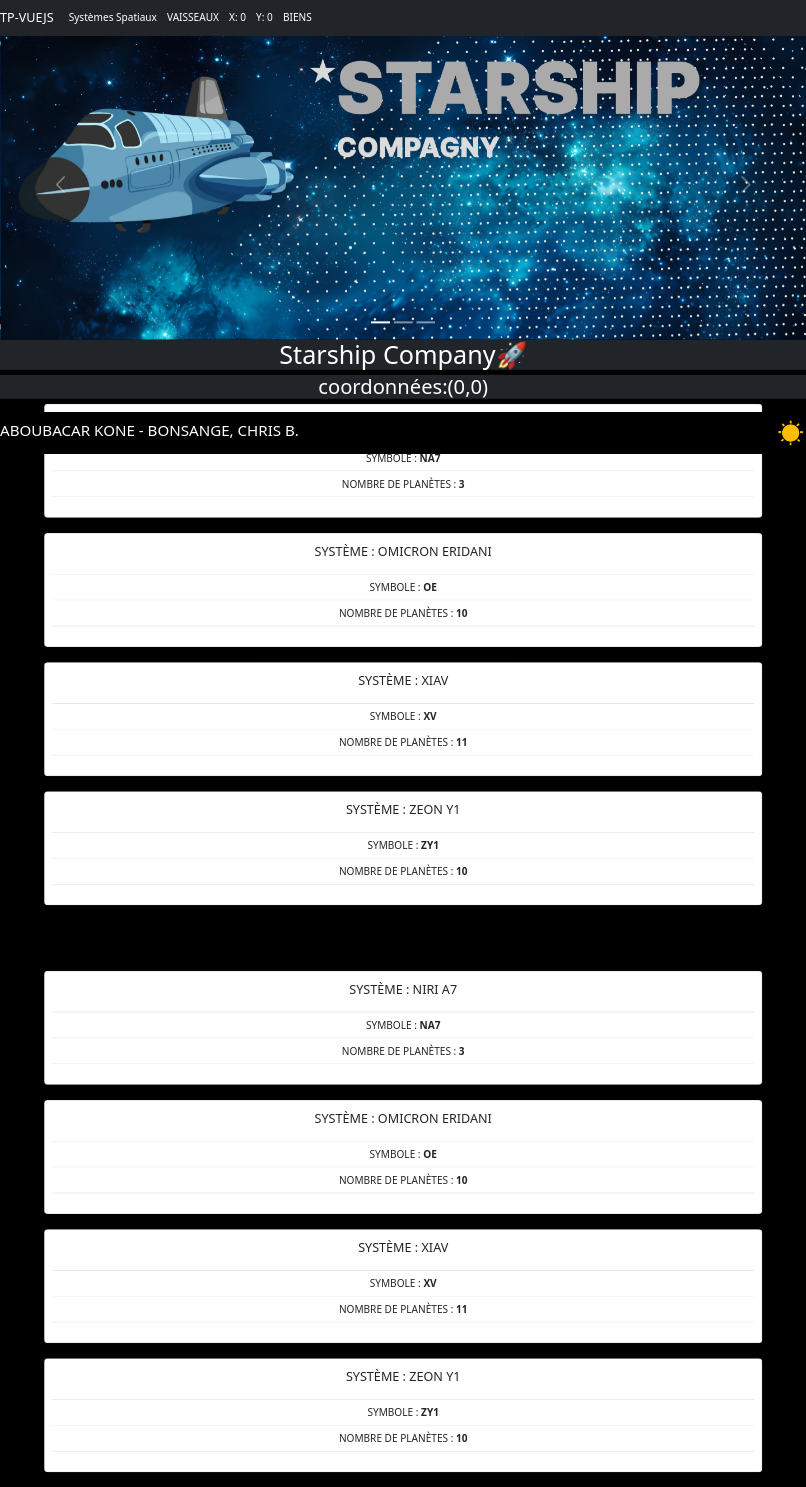
Repository: zeuss32/tp2-vueJs-repo
Page: /systemes (app in vite-project/)
The author's editor kept a copy of each file at every save. The page is drawn from the files as they stood at one save, then again after the next save.
The browser window is 1280 px wide. The pictures show the whole page, at 63% of full size.
The project was rebuilt for these pictures with package versions that can differ from the ones it lists, and the page was loaded fresh each time. Also part of the build but not shown: vite-project/vite.config.js, vite-project/src/components/SousSections/detailsVaisseaux.vue, vite-project/src/components/SousSections/vaisseaux.vue, vite-project/src/components/SousSections/biens.vue, vite-project/src/components/CorpsDePage.vue.

Above is the page before, as saved 2025-09-30 22:37:28.

After the next save:
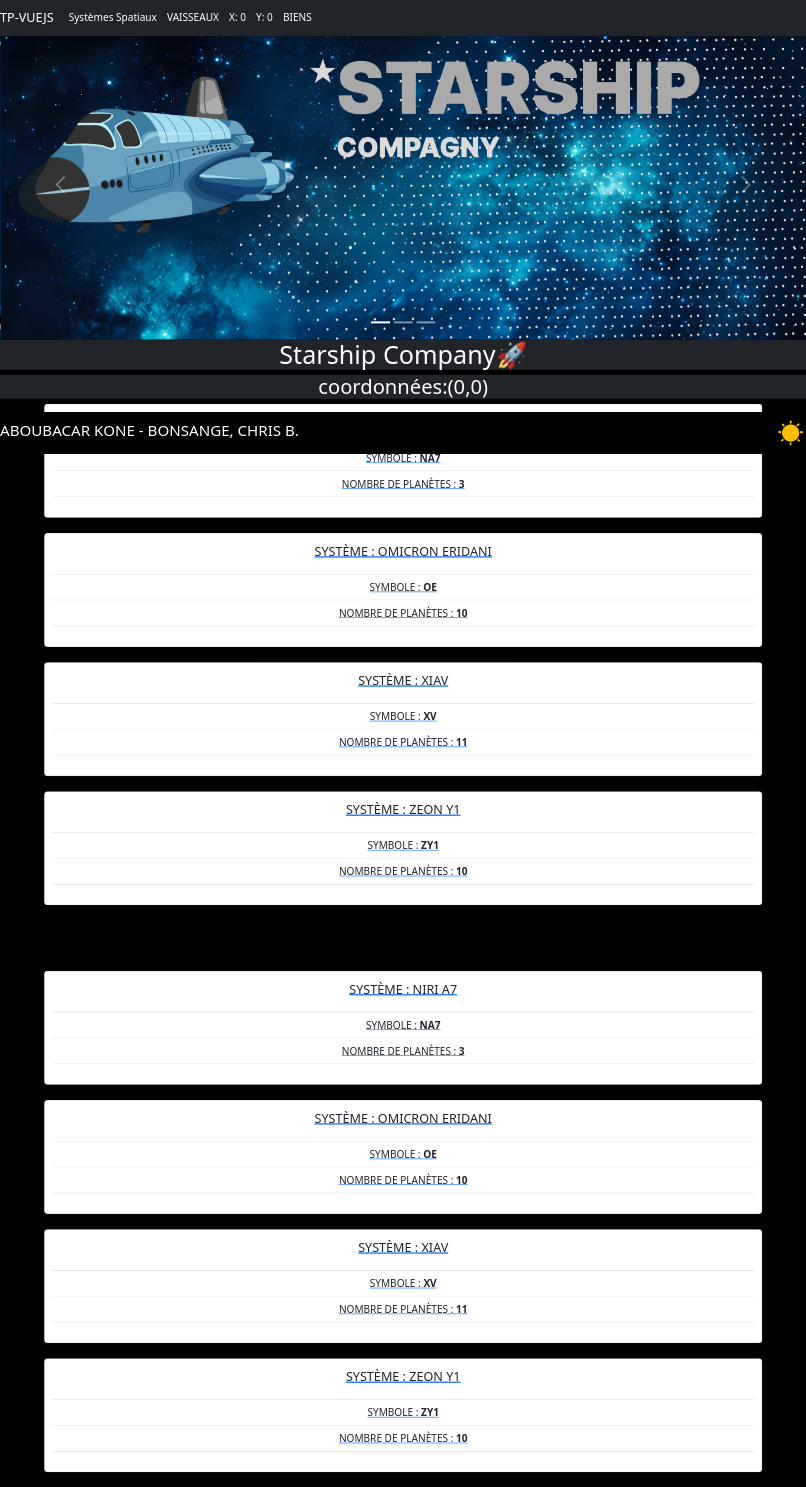
Saved 3 min 32 s later.
--- a/vite-project/src/components/SousSections/systemes.vue
+++ b/vite-project/src/components/SousSections/systemes.vue
@@ -1,70 +1,69 @@
 <template>
+	<div class="container">
+		<RouterLink>
+			<div class="row" v-for="sys in sysJson.systems" :key="sys.symbol">
+				<div class="card col-12 mb-4">
+					<div class="card-body">
+						<h5 class="card-title text-uppercase">SYSTÈME : {{ sys.name }}</h5>
+					</div>
 
-  <div class="container">
+					<ul class="list-group list-group-flush">
+						<li class="list-group-item">
+							SYMBOLE : <b>{{ sys.symbol }}</b>
+						</li>
+						<li class="list-group-item">
+							NOMBRE DE PLANÈTES : <b>{{ sys.planets.length }}</b>
+						</li>
+					</ul>
 
-    <div class="row" v-for="sys in sysJson.systems" :key="sys.symbol">
-      <div class="card col-12 mb-4">
-        <div class="card-body">
-          <h5 class="card-title text-uppercase">SYSTÈME : {{ sys.name }}</h5>
-        </div>
-
-        <ul class="list-group list-group-flush">
-          <li class="list-group-item">
-            SYMBOLE : <b>{{ sys.symbol }}</b>
-          </li>
-          <li class="list-group-item">
-            NOMBRE DE PLANÈTES : <b>{{ sys.planets.length }}</b>
-          </li>
-        </ul>
-
-        <div class="row p-3">
-        <!--  <div
-            class="col-md-4 mb-3"
-            v-for="sysP in sys.planets"
-            :key="sysP.symbol"
-          >
-            <div class="card h-100">
-              <img
-                src="../../../images/sys.jpg"
-                class="card-img-top"
-                :alt="sysP.name"
-              />
-              <div class="card-body">
-                <h5 class="card-title text-uppercase">NOM : {{ sysP.name }}</h5>
+					<div class="row p-3">
+						<!--  <div
+              class="col-md-4 mb-3"
+              v-for="sysP in sys.planets"
+              :key="sysP.symbol"
+            >
+              <div class="card h-100">
+                <img
+                  src="../../../images/sys.jpg"
+                  class="card-img-top"
+                  :alt="sysP.name"
+                />
+                <div class="card-body">
+                  <h5 class="card-title text-uppercase">NOM : {{ sysP.name }}</h5>
+                </div>
+                <ul class="list-group list-group-flush text-uppercase">
+                  <li class="list-group-item">Symbole : {{ sysP.symbol }}</li>
+                  <li class="list-group-item">Type : {{ sysP.type }}</li>
+                </ul>
+                <div class="card-body">
+                  <a v-if="sysP.x!=x && sysP.y!=y "
+                    href="#"
+                    @click.prevent="$emit('nouvellesCoordonnees', sysP.x, sysP.y)"
+                    class="btn btn-primary btn-sm"
+                    >Localisation</a
+                  >
+                  <a v-else="sysP.x==x && sysP.y==y "
+                    href="#"
+                    @click.prevent="$emit('nouvellesCoordonnees', sysP.x, sysP.y)"
+                    class="btn btn-primary btn-sm disabled"
+                    >Localisation</a
+                  >
+                </div>
               </div>
-              <ul class="list-group list-group-flush text-uppercase">
-                <li class="list-group-item">Symbole : {{ sysP.symbol }}</li>
-                <li class="list-group-item">Type : {{ sysP.type }}</li>
-              </ul>
-              <div class="card-body">
-                <a v-if="sysP.x!=x && sysP.y!=y "
-                  href="#"
-                  @click.prevent="$emit('nouvellesCoordonnees', sysP.x, sysP.y)"
-                  class="btn btn-primary btn-sm"
-                  >Localisation</a
-                >
-                <a v-else="sysP.x==x && sysP.y==y "
-                  href="#"
-                  @click.prevent="$emit('nouvellesCoordonnees', sysP.x, sysP.y)"
-                  class="btn btn-primary btn-sm disabled"
-                  >Localisation</a
-                >
-              </div>
-            </div>
-          </div>-->
-        </div>
-      </div>
-    </div>
-  </div>
+            </div>-->
+					</div>
+				</div>
+			</div>
+		</RouterLink>
+	</div>
 </template>
 
 <script setup>
-
 import sysJson from "../../data/systemes.json";
 defineProps({
-  sysJson: Array,
-    x:Number,
-  y:Number
+	sysJson: Array,
+	x: Number,
+	y: Number,
 });
 
 const emit = defineEmits(["nouvellesCoordonnees"]);
